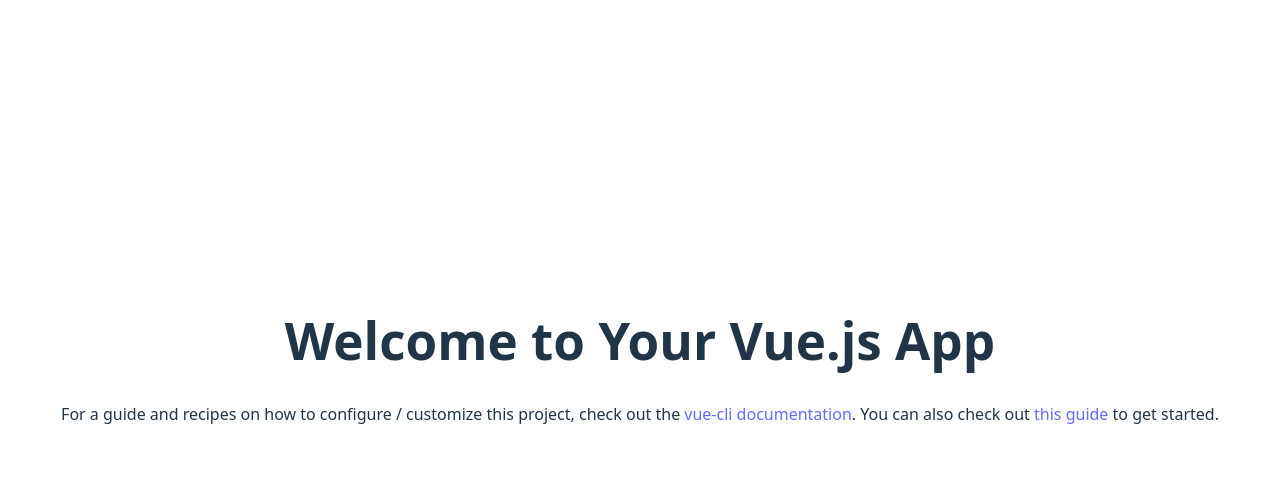
Repository: hanjituan/npm-package
Page: /
The author's editor kept a copy of each file at every save. The page is drawn from the files as they stood at one save, then again after the next save.
The browser window is 1280 px wide. The pictures show the whole page.
Pictures or frames that could not be fetched are drawn as grey boxes. The project was rebuilt for these pictures with package versions that can differ from the ones it lists, and the page was loaded fresh each time. Also part of the build but not shown: vite.config.js.

Above is the page before, as saved 2025-07-14 10:40:49.

After the next save:
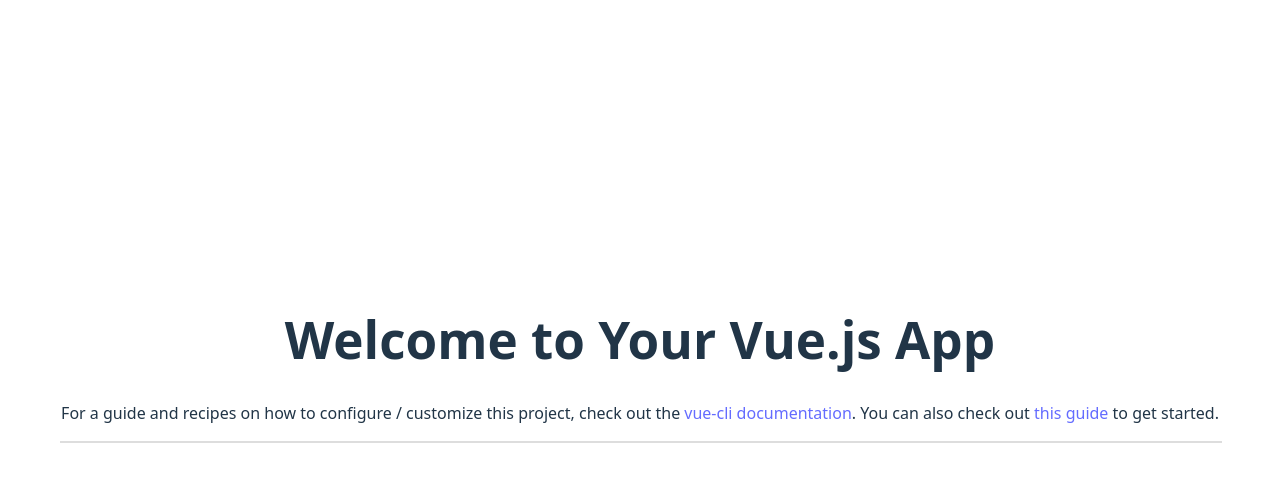
Saved 7 s later.
--- a/src/App.vue
+++ b/src/App.vue
@@ -9,6 +9,7 @@
       <a href="https://github.com/vuejs/vue-cli/tree/dev/docs" target="_blank" rel="noopener">this guide</a>
       to get started.
     </p>
+    <DragChart />
   </div>
 </template>
 
